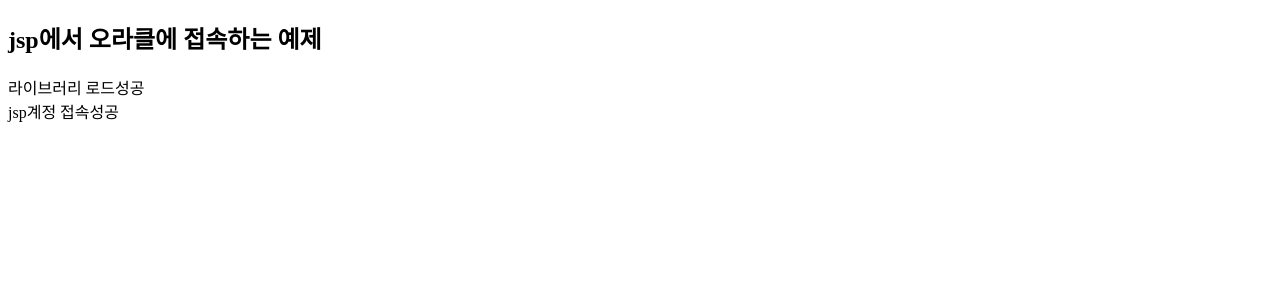
Repository: sieoh/2024html-
Page: http://localhost/jspweb_07/ora_conn.jsp
These files come from the project's save history. The page is drawn as it stood at one moment and after the next save; the edit follows.
The browser window is 1280 px wide. The pictures show the whole page.
The page is served by Tomcat 9. Other server files are loaded and not shown. Queries for data that is not in the repository find no rows.

Above is the page before, as saved 2024-01-12 00:25:39.

### workspace_sts/jspweb_07/src/main/webapp/ora_conn.jsp
<%@ page language="java" contentType="text/html; charset=UTF-8"
    pageEncoding="UTF-8"%>
<%@ page import="java.sql.*" %>
<!DOCTYPE html>
<html>
<head>
<meta charset="UTF-8">
<title>Insert title here</title>
</head>
<body>
	<h2>jsp에서 오라클에 접속하는 예제</h2>
	<%
		 // 1 라이브러리 드라이버를 호출
	    try {
	       Class.forName("oracle.jdbc.driver.OracleDriver");
	       out.println("라이브러리 로드성공");
	    }catch(Exception e) {
	       out.println("라이브러리 로드실패");
	    }
	    out.println("<br>");
	     // 라이브러리가 추가되면 서버를 보통 재기동

	     // 접속관련 정보 저장
	     Connection connection = null;
	     Statement statement = null;
	     ResultSet resultSet = null;

	     // 2 접속
	     // Oracle 데이터베이스 연결 정보 설정
	     final String JDBC_URL = "jdbc:oracle:thin:@localhost:1521:orcl";
	     final String USER = "jsp";
	     final String PASSWORD = "123456";
	     // 접속하기
	     try {
	       connection = DriverManager.getConnection(JDBC_URL, USER, PASSWORD);
	        out.println("jsp계정 접속성공");
	     }catch(Exception e) {
	        out.println("jsp계정 접속실패");
	     }

	     // SQL 쿼리 실행
	     try {
	        String sqlQuery = "SELECT count(*) as CNT FROM EMPLOYEES";
	        statement = connection.createStatement();
	        resultSet = statement.executeQuery(sqlQuery);
	        while(resultSet.next()){
	        	String total = resultSet.getString("CNT");
	        	out.println("<h2>총갯수:"+total+"</h2>");
	        }
	     }catch(SQLException e) {

	     }
	%>
</body>
</html>

After the next save:
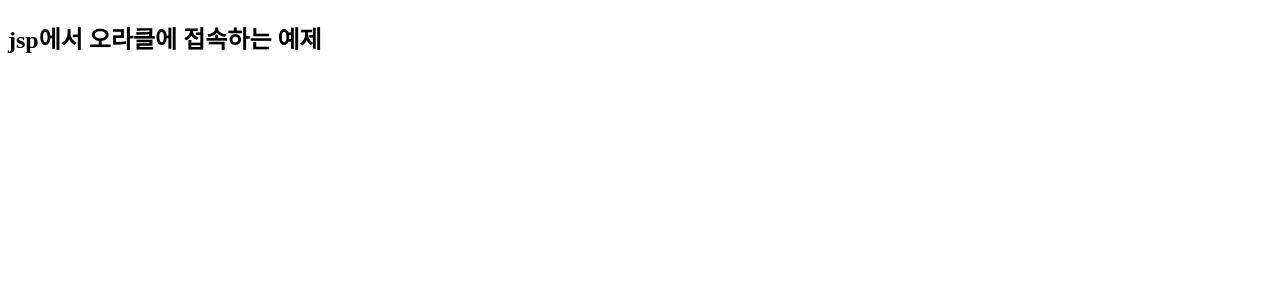
Saved 2 min 45 s later.
--- a/workspace_sts/jspweb_07/src/main/webapp/ora_conn.jsp
+++ b/workspace_sts/jspweb_07/src/main/webapp/ora_conn.jsp
@@ -11,13 +11,13 @@
 	<h2>jsp에서 오라클에 접속하는 예제</h2>
 	<%
 		 // 1 라이브러리 드라이버를 호출
-	    try {
+	    /*try {
 	       Class.forName("oracle.jdbc.driver.OracleDriver");
 	       out.println("라이브러리 로드성공");
 	    }catch(Exception e) {
 	       out.println("라이브러리 로드실패");
-	    }
-	    out.println("<br>");
+	    } */
+	    out.println("<br");
 	     // 라이브러리가 추가되면 서버를 보통 재기동
 
 	     // 접속관련 정보 저장
